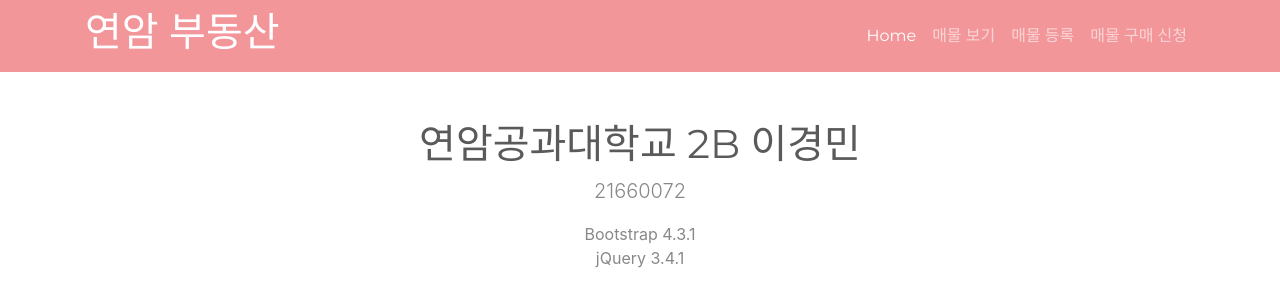
Repository: Leekm0912/2-1_JSP-DB_Project
Page: http://localhost/WebTest/DB/main.jsp
These files come from the project's save history. The page is drawn as it stood at one moment and after the next save; the edit follows.
The browser window is 1280 px wide. The pictures show the whole page.
The page is served by Tomcat 9.

Above is the page before, as saved 2020-06-10 03:24:08.

After the next save:
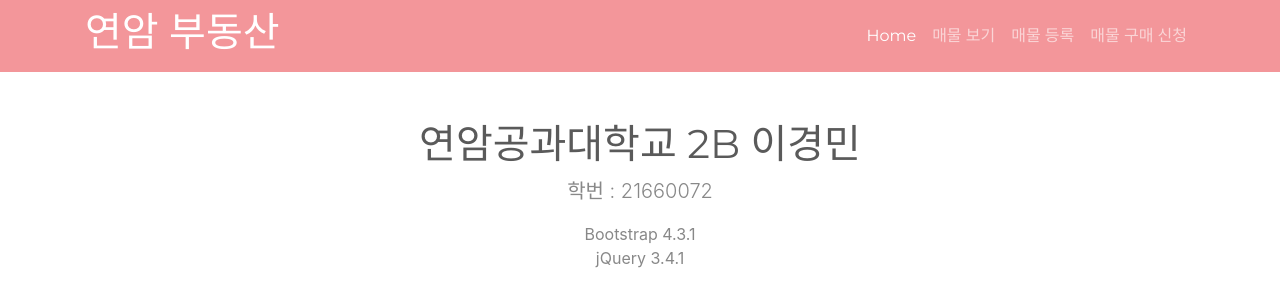
Saved 21 s later.
--- a/WebTest/WebContent/DB/main.jsp
+++ b/WebTest/WebContent/DB/main.jsp
@@ -51,7 +51,7 @@
     <div class="row">
       <div class="col-lg-12 text-center">
         <h1 class="mt-5">연암공과대학교 2B 이경민</h1>
-        <p class="lead">21660072</p>
+        <p class="lead">학번 : 21660072</p>
         <ul class="list-unstyled">
           <li>Bootstrap 4.3.1</li>
           <li>jQuery 3.4.1</li>
